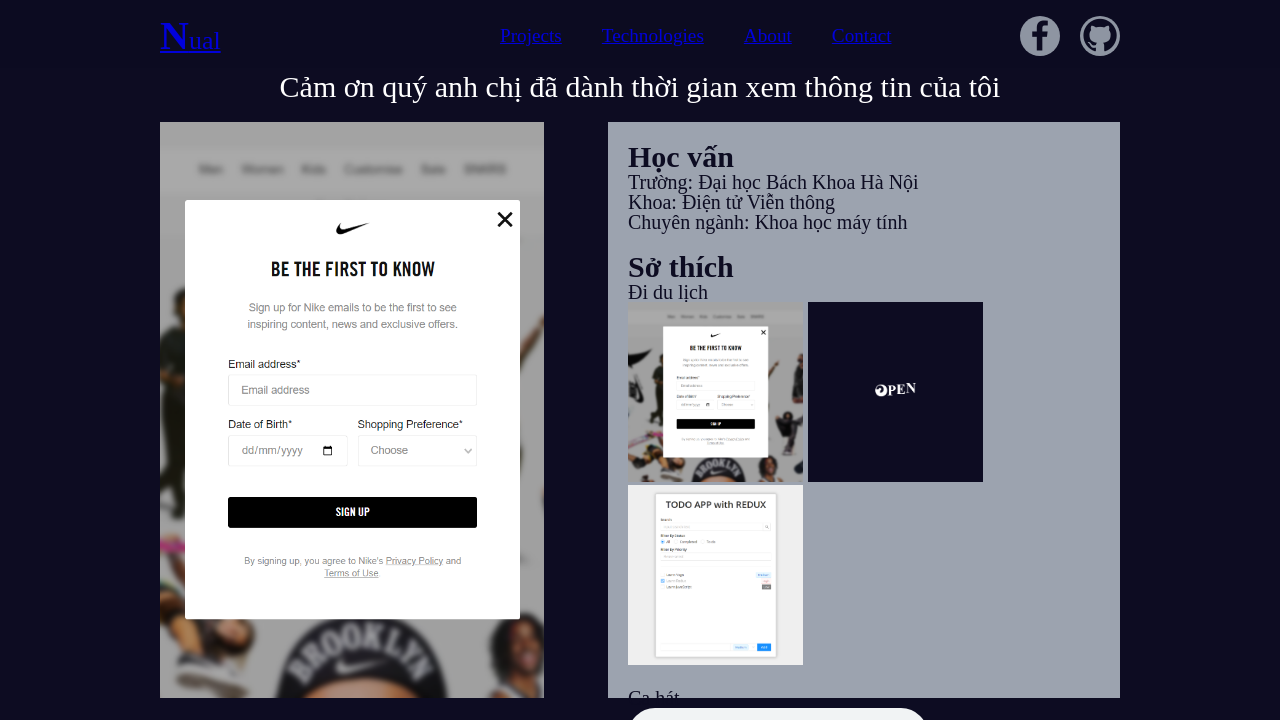
Repository: luanhoang0902/profile-react
Page: /
These files come from the project's save history. The page is drawn as it stood at one moment and after the next save; the edit follows.
The browser window is 1280 px wide. The pictures show the whole page.
The project was rebuilt for these pictures with package versions that can differ from the ones it lists, and the page was loaded fresh each time. Also part of the build but not shown: src/css/Projects.css, src/features/Projects.jsx, src/css/Technologies.css, src/features/Technologies.jsx, src/css/About.css, src/features/About.jsx, src/css/Contact.css, src/features/Contact.jsx.

Above is the page before, as saved 2022-05-22 16:32:26.

After the next save:
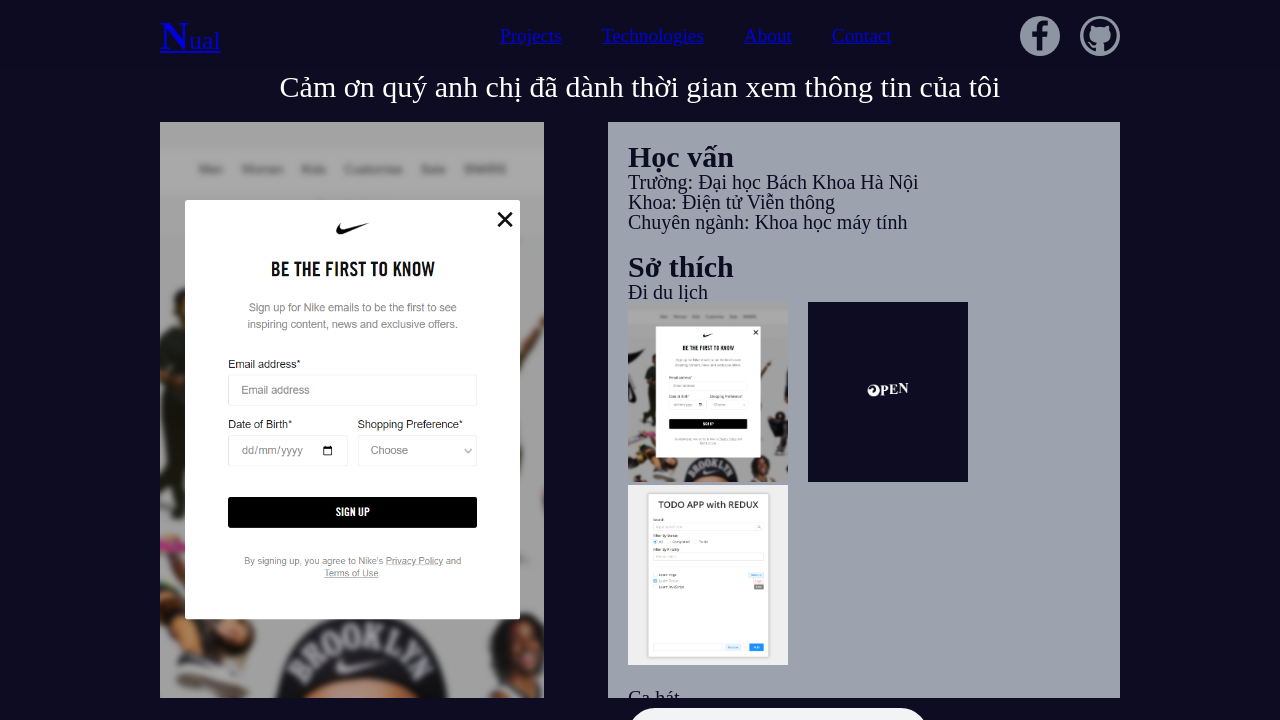
Saved 7 s later.
--- a/src/css/Home.css
+++ b/src/css/Home.css
@@ -42,5 +42,5 @@
     width:180px;
 
     object-fit: cover;
-    padding-right: 5px;
+    padding-right: 20px;
 }
